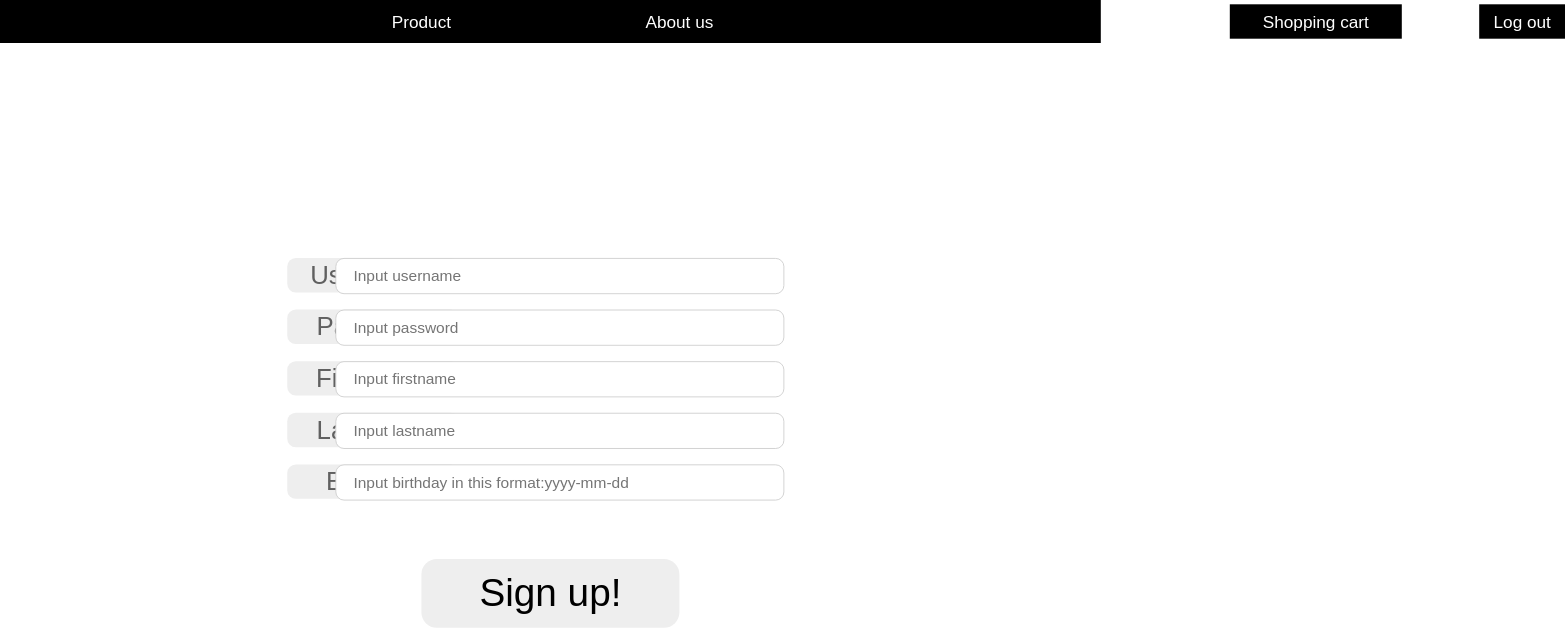
Repository: AXNTROYUANXD/E-Commerce-Website
Page: http://localhost/jspServlet/signup.jsp
The author's editor kept a copy of each file at every save. The page is drawn from the files as they stood at one save, then again after the next save.
The browser window is 1280 px wide. The page is 1820 px wide, so the pictures cover 1820 px, including what lies to the right of the window. The pictures show the whole page, at 86% of full size.
The page is served by Tomcat 9.

Above is the page before, as saved 2020-07-01 09:03:32.

After the next save:
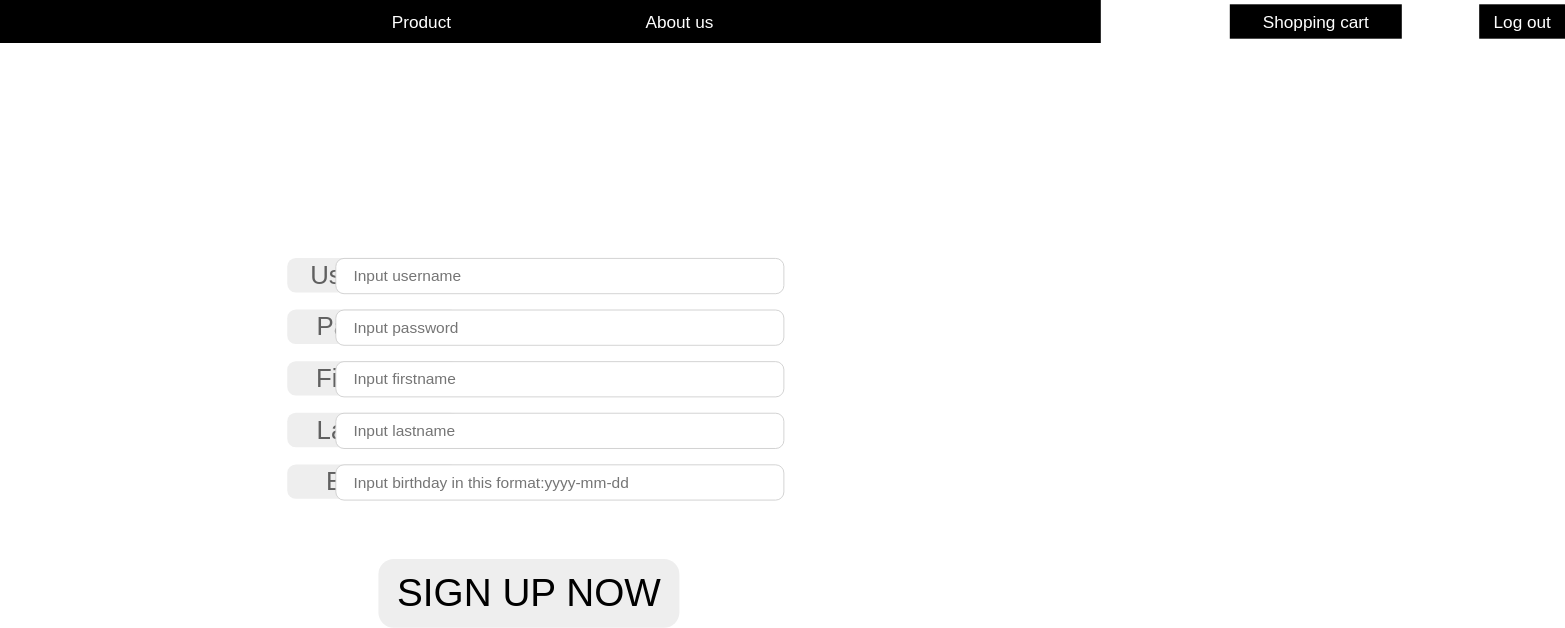
Saved 13 s later.
--- a/D&B2 BACKEND Oct 21 FINAL/BACKEND/jspServlet/WebRoot/signup.jsp
+++ b/D&B2 BACKEND Oct 21 FINAL/BACKEND/jspServlet/WebRoot/signup.jsp
@@ -194,10 +194,10 @@
 }
     .btn41 {
     height: 80px;
-    width: 300px;
+    width: 350px;
     top: 650px;
 	left: 50%;
-	margin-left: -150px;
+	margin-left: -200px;
 	border-radius: 18px;
     border: none;
     outline: none;
@@ -229,7 +229,7 @@
 
 		</header>
 
-	<form method="post" action="./signup.jsp">
+	<form method="post" action="./signup">
 	<button class="button41">User name</button>
 	<button class="button42">Password</button>
 	<button class="button43">Firstname</button>
@@ -237,11 +237,11 @@
 	<button class="button45">Birthday</button>
 
 	<input type="text" class="username" name="username" value="" placeholder="Input username">
-	<input type="text" class="password" name="password" value="" placeholder="Input password">
+	<input type="password" class="password" name="password" value="" placeholder="Input password">
 	<input type="text" class="firstname" name="firstname" value="" placeholder="Input firstname">
 	<input type="text" class="lastname" name="lastname" value="" placeholder="Input lastname">
 	<input type="text" class="birthday" name="birthday" value="" placeholder="Input birthday in this format:yyyy-mm-dd">
-    <input type="SUBMIT" name="signup" class="btn41" value="Sign up!">
+    <input type="SUBMIT" name="signup" class="btn41" value="SIGN UP NOW">
 
 	</form>
 
